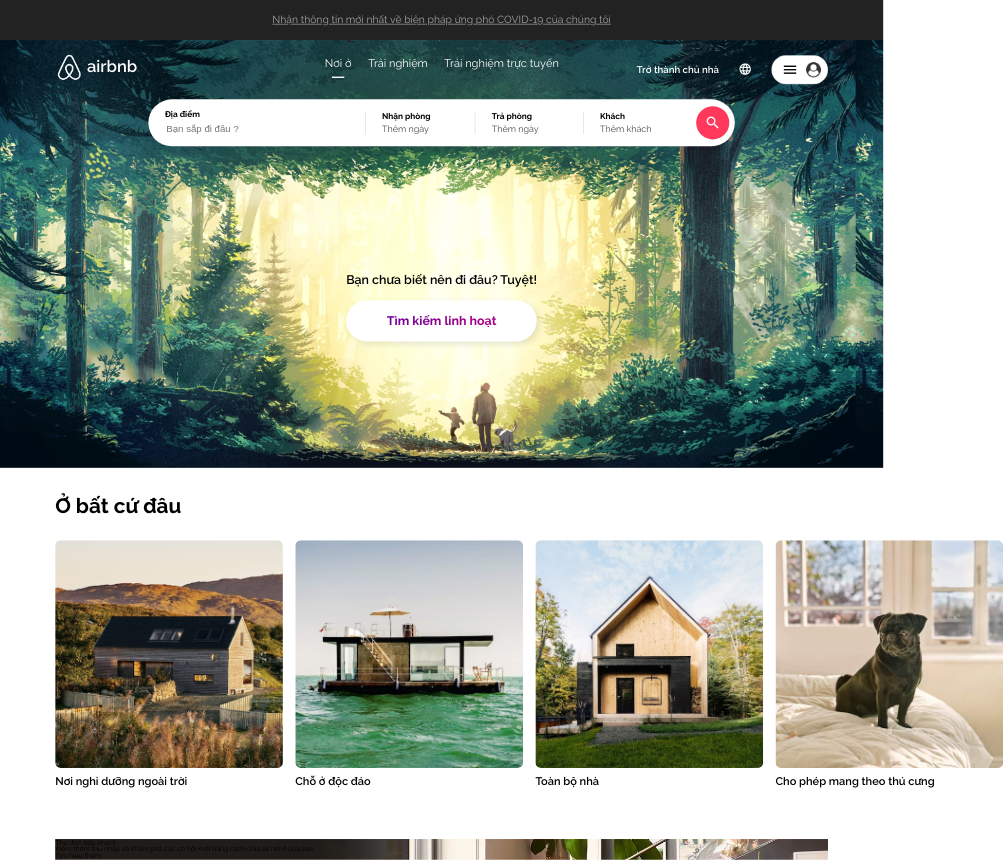
Repository: vanntrong/airbnb-clone
Page: index.html
These files come from the project's save history. The page is drawn as it stood at one moment and after the next save; the edit follows.
The browser window is 1280 px wide. The page is 1454 px wide, so the pictures cover 1454 px, including what lies to the right of the window. The pictures show the whole page, at 69% of full size.

Above is the page before, as saved 2021-09-22 19:14:27.

After the next save:
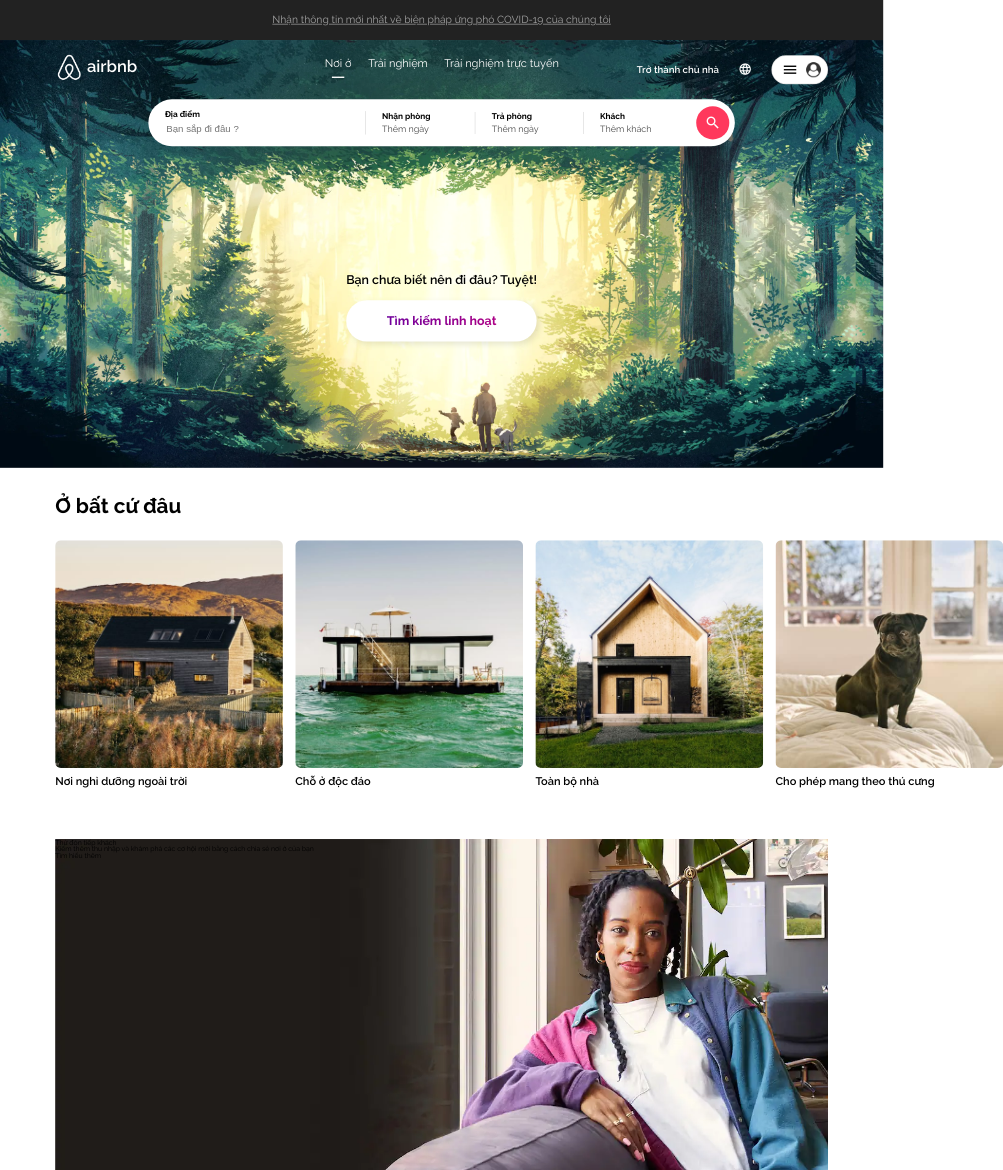
Saved 55 s later.
--- a/assets/css/style.css
+++ b/assets/css/style.css
@@ -357,6 +357,7 @@
 
 .container__top {
   margin-top: 75px;
+  height: 480px;
   background: url("../images/container/container__background.png");
   background-size: cover;
   background-repeat: no-repeat;
